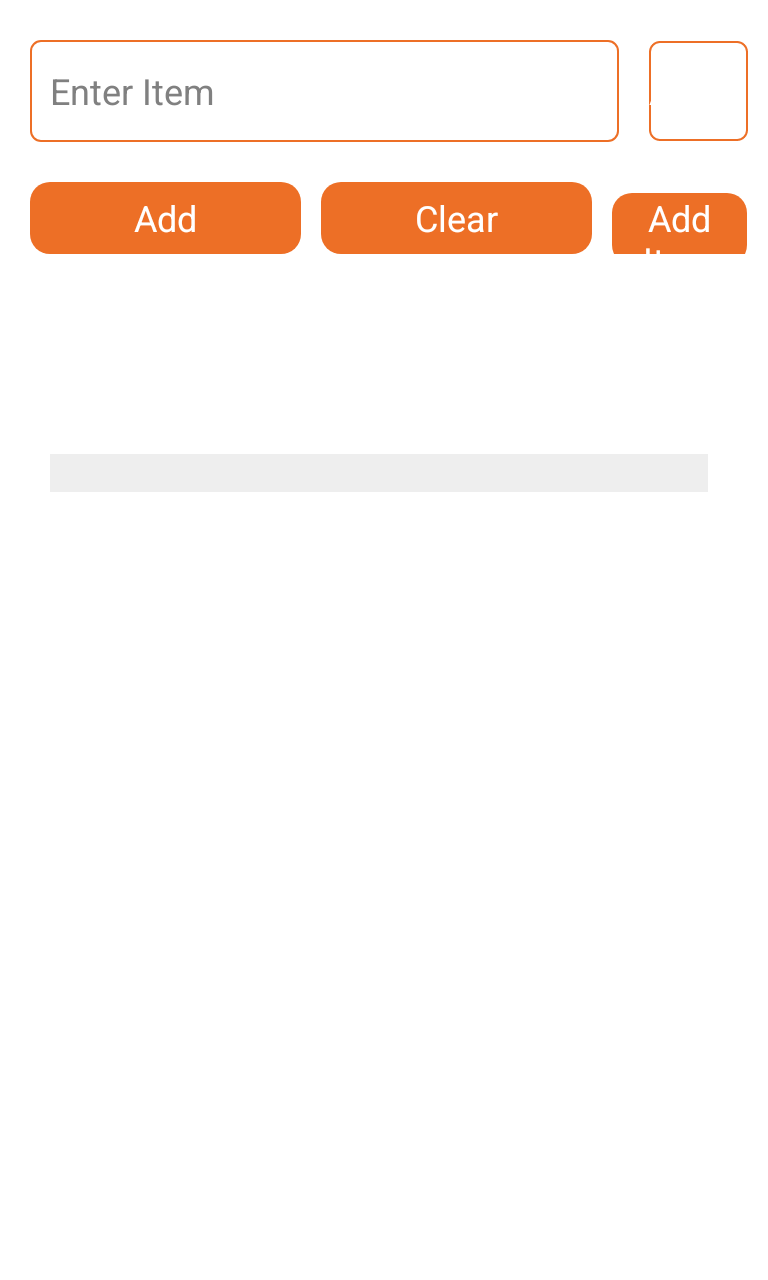
Repository: ianDervan/FYP_ShopSmart
Layout: FYP/ShopSmart/res/layout/activity_shopping_list.xml
The author's editor kept a copy of each file at every save. The layout is drawn from the files as they stood at one save, then again after the next save.
It is drawn on a 768 x 1280 px phone screen (xhdpi) without system bars, with theme AppTheme; the app's code is not run.

Above is the layout before, as saved 2015-01-16 21:03:33.

After the next save:
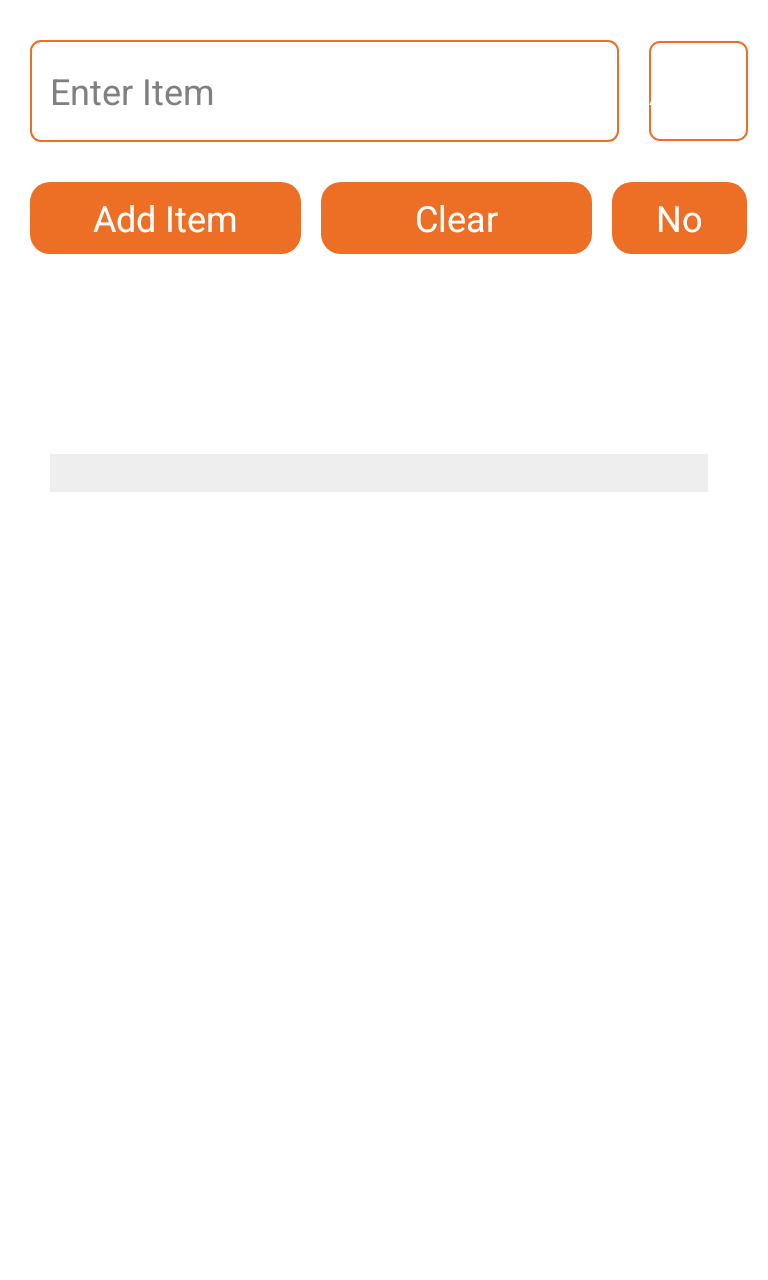
Saved 33 s later.
--- a/FYP/ShopSmart/res/layout/activity_shopping_list.xml
+++ b/FYP/ShopSmart/res/layout/activity_shopping_list.xml
@@ -48,7 +48,7 @@
             android:layout_marginTop="10dp"
             android:layout_weight="0.4"
             android:background="@drawable/custombutton_lr"
-            android:text="Add"
+            android:text="Add Item"
             android:textColor="#FFFFFF" />
 
         <Button
@@ -70,7 +70,7 @@
             android:layout_marginLeft="10dp"
             android:layout_marginTop="10dp"
             android:background="@drawable/custombutton_lr"
-            android:text="Add Item"
+            android:text="No"
             android:textColor="#FFFFFF" />
     </LinearLayout>
 
